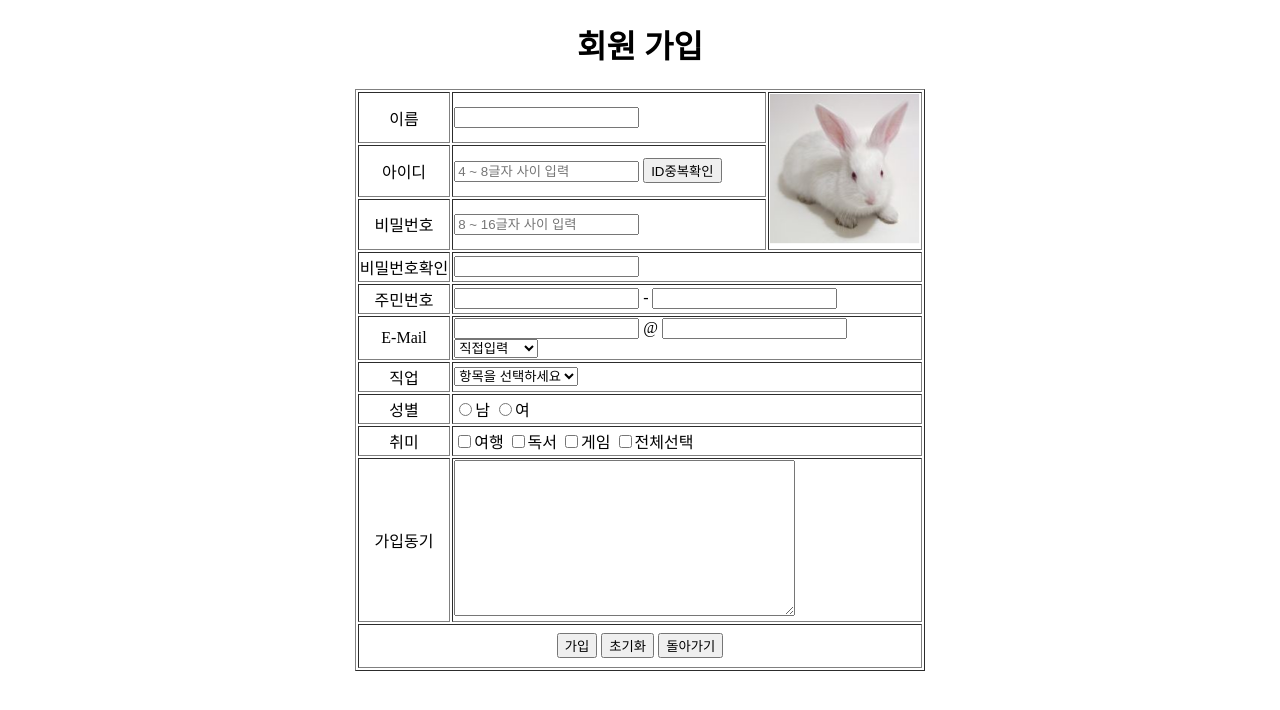
Repository: KimMinseooo/itwillStudy
Page: BACKEND/JSP/workspace_jsp/StudyHTML/src/main/webapp/1025/final_exam.html
An editor plug-in stored every save of this project. The page is shown before and after the next save, followed by the edit.
The browser window is 1280 px wide. The pictures show the whole page.

Above is the page before, as saved 2024-10-25 05:56:26.

### BACKEND/JSP/workspace_jsp/StudyHTML/src/main/webapp/1025/final_exam.html
<!DOCTYPE html>
<html>
<head>
<meta charset="UTF-8">
<title>Insert title here</title>
</head>
<body>
	<h1 align="center">회원 가입</h1>

		<table border="1" align="center">
			<form>

			<tr height="30">
				<td align="center">이름</td>
				<td width="310">

				<input type="text">
				</td>
				<td rowspan="3" width="150" height="150">
				<img alt="" src="../rabbit.png" width="150" height="150">
				</td>
			</tr>
			<tr height="30">
			<td align="center">아이디</td>
			<td>
				<input placeholder="4 ~ 8글자 사이 입력">
				<input type="button" value="ID중복확인">
			</td>
			</tr>
			<tr height="30">
			<td align="center">비밀번호</td>
			<td>
				<input placeholder="8 ~ 16글자 사이 입력">
			</td>
			</tr>
			<tr height="30">
			<td align="center">비밀번호확인</td>
			<td colspan="2">
				<input type="text">
			</td>
			</tr>
			<tr height="30">
			<td align="center">주민번호</td>
			<td colspan="2">
				<input type="text"> - <input type="text">
			</td>
			</tr>
			<tr height="30">
			<td align="center">E-Mail</td>
			<td colspan="2">
				<input type="text"> @ <input type="text">
				<select>
					<option>직접입력</option>
					<option>naver.com</option>
					<option>gmail.com</option>
					<option>nate.com</option>
				</select>
			</td>
			</tr>

			<tr height="30">
			<td align="center">직업</td>
			<td colspan="2">
				<select>
					<option>항목을 선택하세요</option>
					<option>개발자</option>
					<option>DB엔지니어</option>
				</select>
			</td>
			</tr>
			<tr height="30">
			<td align="center">성별</td>
			<td colspan="2">
				<input type="radio" name="gender" id= "male"><label for="male">남</label>
				<input type="radio" name="gender" id= "female"><label for="female">여</label>
			</td>
			</tr>

			<tr height="30">
			<td align="center">취미</td>
			<td colspan="2">
				<input type="checkbox" name="hobby" id="hobby1"><label for="hobby1">여행</label>
				<input type="checkbox" name="hobby" id="hobby1"><label for="hobby2">독서</label>
				<input type="checkbox" name="hobby" id="hobby1"><label for="hobby3">게임</label>
				<input type="checkbox" name="hobby"><label>전체선택</label>

			</td>
			</tr>
			<tr height="30">
			<td align="center">가입동기</td>
			<td colspan="2">
				<textarea rows="10" cols="40" ></textarea>
			</td>
			</tr>
			<tr height="30">
			<td colspan="3" width="200" height="40" align="center">
				<input type="button" value="가입">
				<input type="reset" value="초기화">
				<input type="button" value="돌아가기">
			</td>
			</tr>
			</form>
		</table>

</body>
</html>

After the next save:
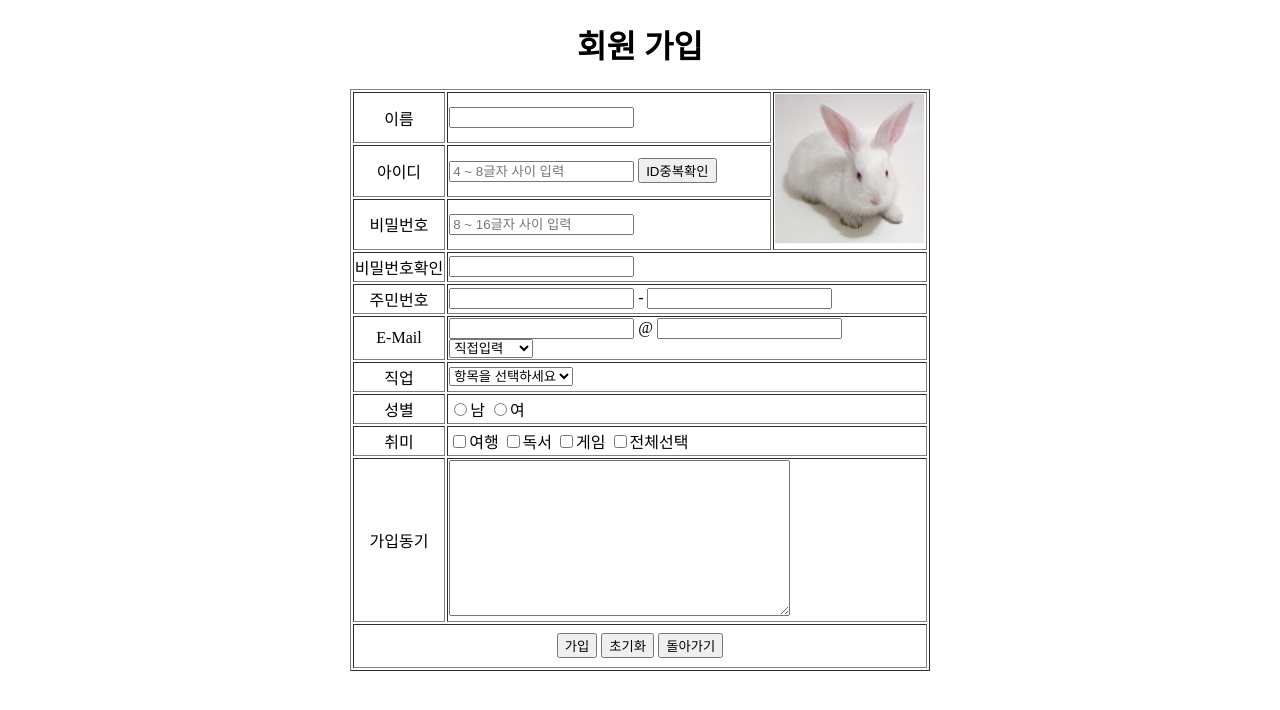
Saved 5 s later.
--- a/BACKEND/JSP/workspace_jsp/StudyHTML/src/main/webapp/1025/final_exam.html
+++ b/BACKEND/JSP/workspace_jsp/StudyHTML/src/main/webapp/1025/final_exam.html
@@ -12,7 +12,7 @@
 
 			<tr height="30">
 				<td align="center">이름</td>
-				<td width="310">
+				<td width="320">
 
 				<input type="text">
 				</td>
